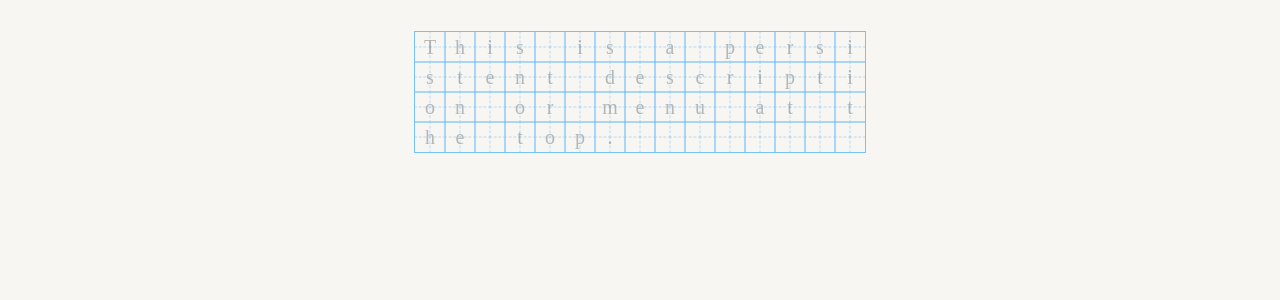
Repository: pyrcl090/p-p
Page: index.html
The author's editor kept a copy of each file at every save. The page is drawn from the files as they stood at one save, then again after the next save.
The browser window is 1280 px wide. The pictures show the whole page.
The page's requests for data from a server got no answer. Some web fonts or font styles are not loaded; a fallback is used.

Above is the page before, as saved 2025-04-19 23:07:29.

After the next save:
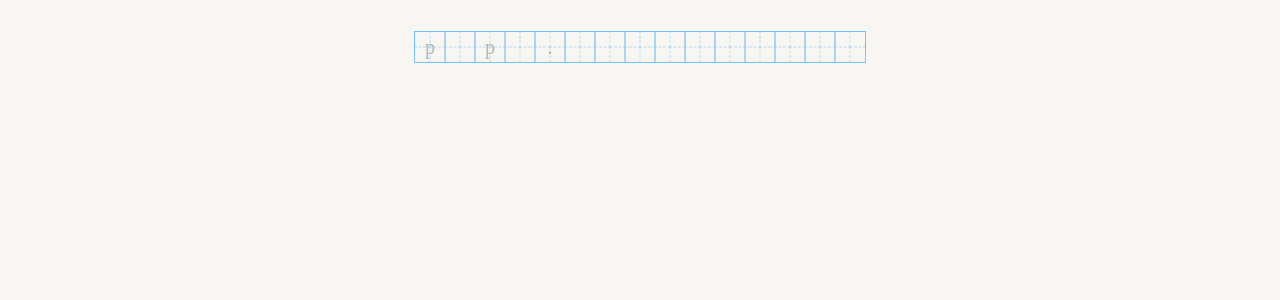
Saved 23 s later.
--- a/script.js
+++ b/script.js
@@ -14,7 +14,7 @@ const loadedChannels = new Set();
 // Optional menu content
 const menuItems = [
   {
-    content: "This is a persistent description or menu at the top."
+    content: "p p ."
   }
 ];
 
